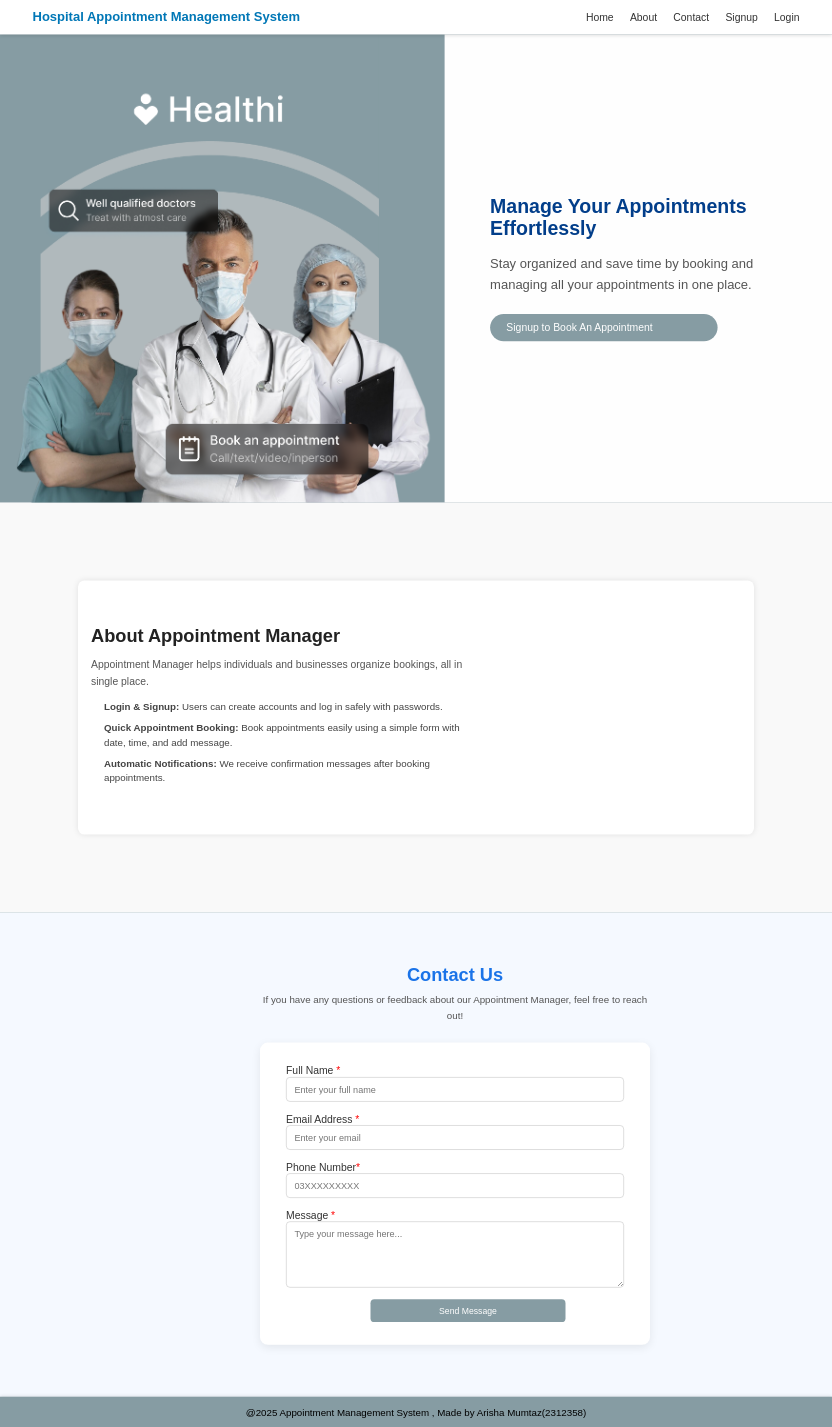
Repository: Arisha004/hospital-management-midterm-
Page: http://localhost/landingpage.html
The author's editor kept a copy of each file at every save. The page is drawn from the files as they stood at one save, then again after the next save.
The browser window is 1280 px wide. The pictures show the whole page, at 65% of full size.
The page is run by PHP 8.4 with error messages shown; the project is at /var/www/html/.

Above is the page before, as saved 2025-11-02 20:43:05.

### landingpage.html

<html>
<head>
  <title>Appointment Management System</title>
  <link rel="stylesheet" href="style.css">
  <style>
  .container1 { width: 22%;margin: 40px auto; background: #fff; padding: 20px; border-radius: 8px; box-shadow: 0 0 10px rgba(0,0,0,0.1); }
  h2 {  color: #007bff; }
    button{
  display: inline-block;
  background-color: #869CA3;
  color: #fff;
  padding: 10px 22px;
  border: none;
  border-radius: 6px;
  cursor: pointer;
  font-weight: 500;
  transition: 0.3s;
   text-align: center;
}


button:hover {
  background-color: #7498a3;
}
a{
  color: white;
  text-decoration: none;
}
  </style>
</head>
<body>
  <header class="navbar">
    <div class="logo">Hospital Appointment Management System</div>
    <nav>
      <ul>
        <li><a href="#landing">Home</a></li>
        <li><a href="about.html">About</a></li>
        <li><a href="contact.html">Contact</a></li>
        <li><a href="signup.php">Signup</a></li>
        <li><a href="login.php">Login</a></li>

      </ul>
    </nav>
  </header>


  <section class="landing">
      <div class="right"></div>
    <div class="left">
      <h1>Manage Your Appointments Effortlessly</h1>
      <p>Stay organized and save time by booking and managing all your appointments in one place.</p>
      <a href="signup.php" class="btn">Signup to Book An Appointment</a>
    </div>

  </section>



  <section id="about" class="about">
    <div class="container about-inner">
      <div class="about-content">
        <h2>About Appointment Manager</h2>
        <p>Appointment Manager helps individuals and businesses organize bookings, all in single place.</p>
        <ul class="features">
              <li><strong> Login & Signup:</strong> Users can create accounts and log in safely with  passwords.</li>
<li><strong>Quick Appointment Booking:</strong> Book appointments easily using a simple form with date, time, and add message.</li>
<li><strong>Automatic Notifications:</strong> We receive confirmation messages after booking appointments.</li>

        </ul>
      </div>
    </div>
  </section>

<section id="contact" class="contact">
    <div class="container contact-inner">
      <h2>Contact Us</h2>
      <p>If you have any questions or feedback about our Appointment Manager, feel free to reach out!</p>

      <form action="insertcontactform.php" method="post" class="contact-form">
        <div class="form-group">
          <label>Full Name <span>*</span></label>
          <input type="text" id="name" name="name" placeholder="Enter your full name" pattern="^[A-Za-z]{3,}( [A-Za-z]+)?$" title="Full name should contain only letters and spaces, and must be at least 3 characters long.">

        </div>

        <div class="form-group">
          <label>Email Address <span>*</span></label>
          <input type="email" id="email" name="email" placeholder="Enter your email" title="Please enter a valid email address, e.g. example@gmail.com." required>
        </div>

        <div class="form-group">
          <label>Phone Number<span>*</span></label>
          <input type="tel" id="phone" name="phone" placeholder="03XXXXXXXXX" required pattern="[0-9]{11}" title="Enter 11-digit number only">
        </div>

        <div class="form-group">
          <label>Message <span>*</span></label>
          <textarea id="message" name="message" rows="5" placeholder="Type your message here..." required  pattern=".*\S.*" minlength="10"  title="Message must be at least 10 characters long.Cannot enter only spaces"></textarea>
        </div>

        <button type="submit" class="btn">Send Message</button>
      </form>
    </div>
</section>



  <footer>
    <p> @2025 Appointment Management System , Made by Arisha Mumtaz(2312358)</p>
  </footer>
</body>
</html>

### style.css

* {
  margin: 0;
  padding: 0;
  font-family: 'Poppins', sans-serif;
}

body {
  background: #869CA3;
  color: #333;
}

.about {
  background-color: #f9f9f9;
  padding: 80px 0; /*80px top & bottom, 0 left & right */
}

.about-image img {

  width: 450px;
  border-radius: 10px;
  box-shadow: 0 4px 15px rgba(0,0,0,0.1);
}

.about-content {
  margin-top: 20px;
  width: 300px;
}

.about-content h2 {
  font-size: 28px;
  color: #1a73e8;
  margin-bottom: 15px;
}

.about-content p {
  font-size: 16px;
  color: #555;
  line-height: 1.6;
  margin-bottom: 20px;
}

.features {
  list-style: none;
  padding: 0;
  margin-bottom: 25px;
}

.features li {
  margin-bottom: 10px;
  color: #444;
  font-size: 15px;
  line-height: 1.5;
}



/* Contact Section */
.contact {
  background-color: #f5f9ff;
  padding: 80px 0;
}

.contact-inner {
  width: 600px;
  margin-left: 400PX;
  text-align: center;
}

.contact h2 {
  font-size: 28px;
  color: #1a73e8;
  margin-bottom: 10px;
}

.contact p {
  color: #555;
  margin-bottom: 30px;
  font-size: 15px;
  line-height: 1.6;
}

.contact-form {
  background-color: #fff;
  padding: 35px 40px;
  border-radius: 12px;
  box-shadow: 0 4px 15px rgba(0,0,0,0.08);
  text-align: left;
}

.form-group {
  margin-bottom: 18px;
}

label {
  font-weight: 500;
  margin-bottom: 6px;
  color: #333;
}

label span {
  color: red;
}

input, textarea {
  width: 100%;
  padding: 10px 12px;
  border: 1px solid #ccc;
  border-radius: 6px;
  font-size: 14px;
}



.contact-form .btn {
  display: inline-block;
  background-color: #869CA3;
  color: #fff;
  padding: 10px 22px;
  border: none;
  border-radius: 6px;
  cursor: pointer;
  font-weight: 500;

  margin-left: 130px;
   text-align: center;
}

.contact-form .btn:hover {
  background-color: #7498a3;
}

/* Navbar */
.navbar {
  display: flex;
  justify-content: space-between;
  align-items: center;
  padding: 15px 50px;
  background: #fff;
  box-shadow: 0 2px 5px rgba(0,0,0,0.1);
  position: sticky;
  top: 0;
  z-index: 10;
}

.navbar .logo {
  font-weight: 700;
  font-size: 20px;
  color: #0077b6;
}

.navbar ul {
  display: flex;
  list-style: none;
}

.navbar ul li a {
  text-decoration: none;
  color: #333;
  margin-left: 25px;
}

.navbar ul li a:hover {
  color: #0077b6;
}

/* Split Landing Section */
.landing {
  display: flex; /*makes .landing a flex container.*/
  height: 100vh;
}


  button{

  display: inline-block;
  background-color: #869CA3;
  color: #fff;
  padding: 10px 22px;
  border: none;
  border-radius: 6px;
  cursor: pointer;
  font-weight: 500;

   text-align: center;
}

button:hover {
  background-color: #7498a3;
}
/* Left Text Section */
.landing .left {
  flex: 1;
  width: 50%;
  display: flex;
  flex-direction: column; /*flex-direction: column; → children stack vertically.*/
  justify-content: center;
  padding: 0 70px; /*adds 70px space on left and right (inner spacing).*/
  background: #fefefe;
}


.landing .left h1 {
  font-size: 30px;
  color: #023e8a;
  margin-bottom: 20px;
}

.landing .left p {
  font-size: 20px;
  color: #555;
  margin-bottom: 30px;
  line-height: 1.6;
}

.btn {
  background: #869CA3;
  color: #fff;
  padding: 12px 25px;
  border-radius: 30px;
  text-decoration: none;
  font-weight: 300;
  transition: 0.3s;
  width: 300px;
}

.btn:hover {
  background: #7498a3;
}

/* Right Image Section */
.landing .right {
  flex: 1.5;
  background:url(images/pic1.png);
  background-repeat: no-repeat;
  background-size: cover;
  position: relative;
}





.form1-container {
  width: 520px;
  margin: 80px auto;
  background: white;
  padding: 20px;
  border-radius: 8px;
  box-shadow: 0 0 5px gray; /*box-shadow: horizontal-offset vertical-offset blur-radius color;*/
/*his shadow is directly behind the element, slightly blurred (5px), and gray in color. No shifting horizontally or vertically*/
}

.form1-container h2 {
  text-align: center;
  color: #333;
}

.form1-container label {
  display: block;
  margin-top: 10px;
  color: #555;
}

.form1-container input {
  width: 100%;
  padding: 8px;
  margin-top: 5px;
  border: 1px solid #ccc;
  border-radius: 4px;
}

.form1-container button {
  width: 100%;
  margin-top: 15px;
  padding: 10px;
  background: #869CA3;
  border: none;
  color: white;
  border-radius: 4px;
  cursor: pointer;
}

.form1-container button:hover {
  background: #7498a3;
}

.form1-container p {
  text-align: center;
  margin-top: 10px;
}

.success {
  text-align: center;
  background: #d4edda;
  color: #155724;
  padding: 8px;
  border-radius: 5px;
  margin: 10px auto;
  width: 320px;
}

.error {
  text-align: center;
  background: #f8d7da;
  color: #721c24;
  padding: 8px;
  border-radius: 5px;
  margin: 10px auto;
  width: 320px;
}

/* Footer */
footer {
  text-align: center;
  padding: 15px;
 background-color:#869CA3;
        color: black;
  box-shadow: 0 -2px 5px rgba(0,0,0,0.1);
  font-size: 15px;

}

/* --- About Section --- */
.container.about-inner {
  display: flex;
  padding: 50px 20px;
  background-color: #fff;
  margin: 40px auto;
  width: 1000px;
  border-radius: 10px;
  box-shadow: 0 0 10px rgba(0,0,0,0.1);
}


/* --- About Content --- */
.about-content {
  width: 600px;
}

.about-content h2 {
  font-size: 28px;
  margin-bottom: 15px;
  color: #222;
}

.about-content p {
  font-size: 16px;
  line-height: 1.6;
  margin-bottom: 15px;
}

.features {
  padding-left: 20px;
}

.features li {
  margin-bottom: 10px;
}

After the next save:
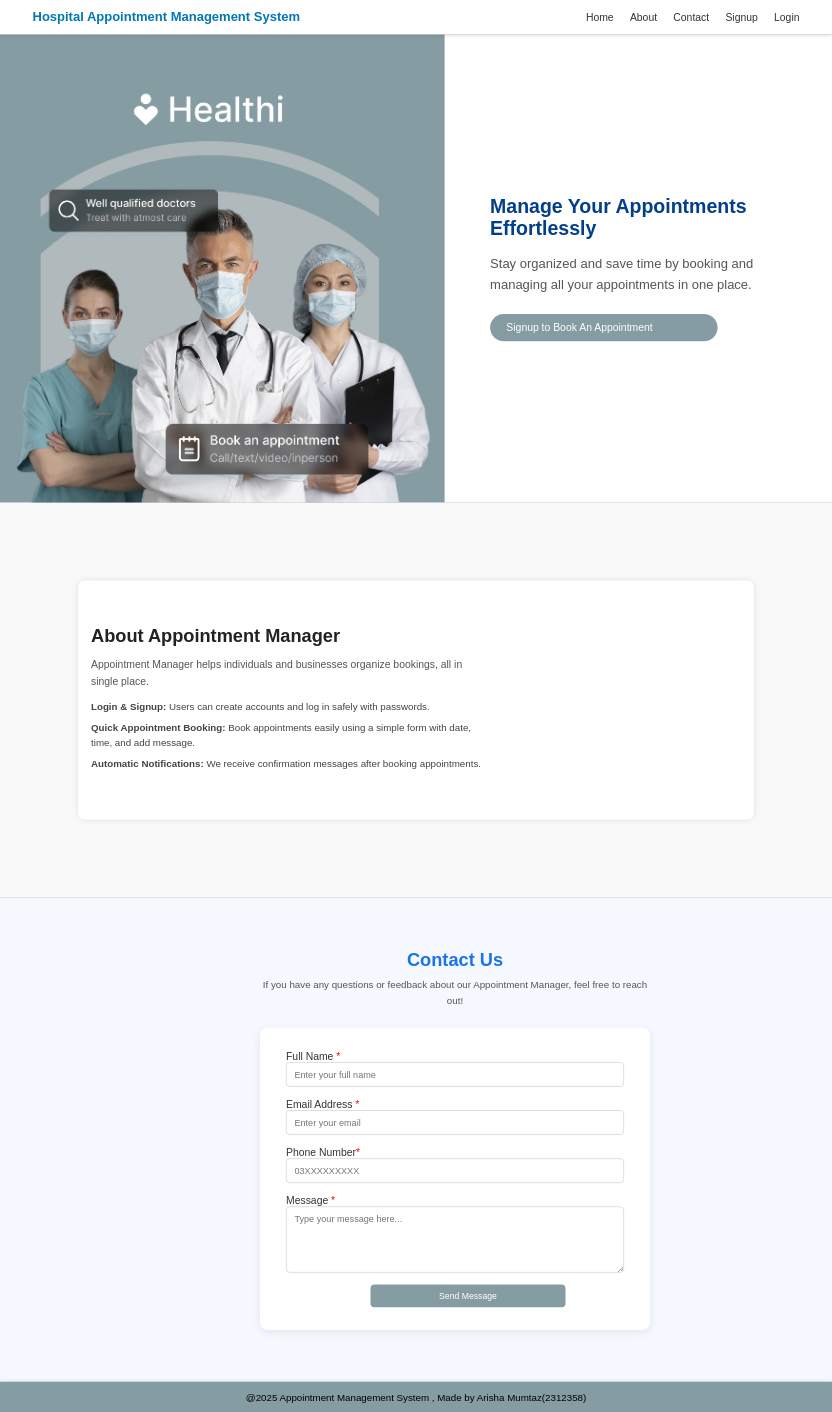
Saved 18 s later.
--- a/style.css
+++ b/style.css
@@ -349,11 +349,3 @@ footer {
   line-height: 1.6;
   margin-bottom: 15px;
 }
-
-.features {
-  padding-left: 20px;
-}
-
-.features li {
-  margin-bottom: 10px;
-}
